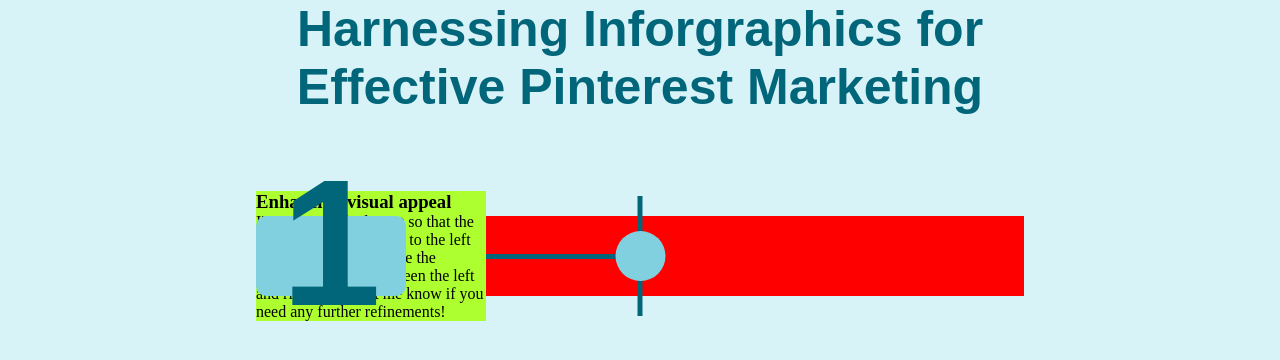
Repository: ayushrajput545/InforGraphic-page
Page: index.html
The author's editor kept a copy of each file at every save. The page is drawn from the files as they stood at one save, then again after a run of saves.
The browser window is 1280 px wide. The pictures show the whole page.
Some web fonts or font styles are not loaded; a fallback is used.

Above is the page before, as saved 2025-04-01 22:52:59.

After the next 2 saves:
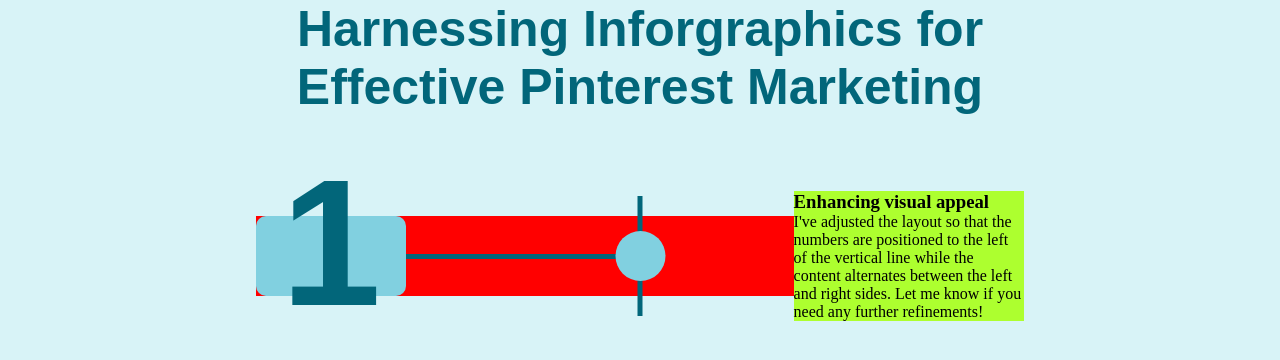
The 2 saves are shown as one change because they came seconds apart.
The last was saved 7 s later.
--- a/style.css
+++ b/style.css
@@ -86,6 +86,7 @@
 .content-right{
     background-color: greenyellow;
     width: 30%;
-    position: absolute
+    position: absolute;
+    right:0
 
 }

After the save that followed:
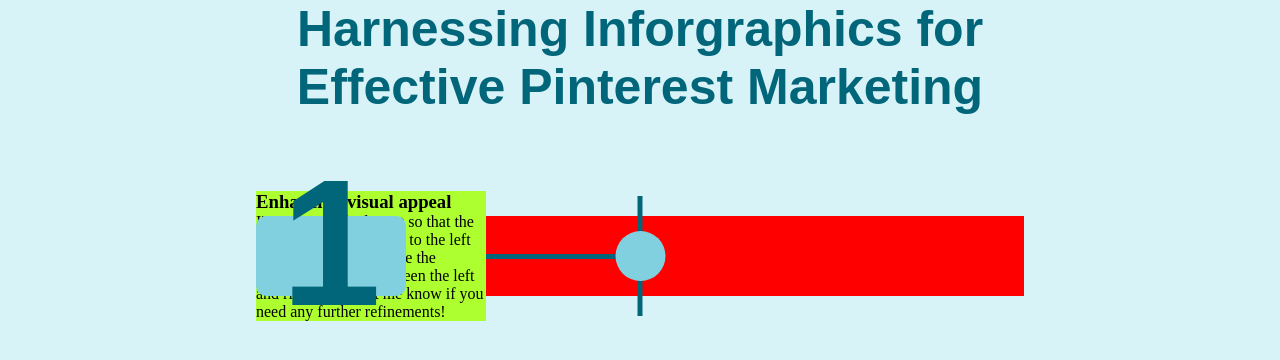
Saved 7 s later.
--- a/style.css
+++ b/style.css
@@ -87,6 +87,6 @@
     background-color: greenyellow;
     width: 30%;
     position: absolute;
-    right:0
+    right:
 
 }
